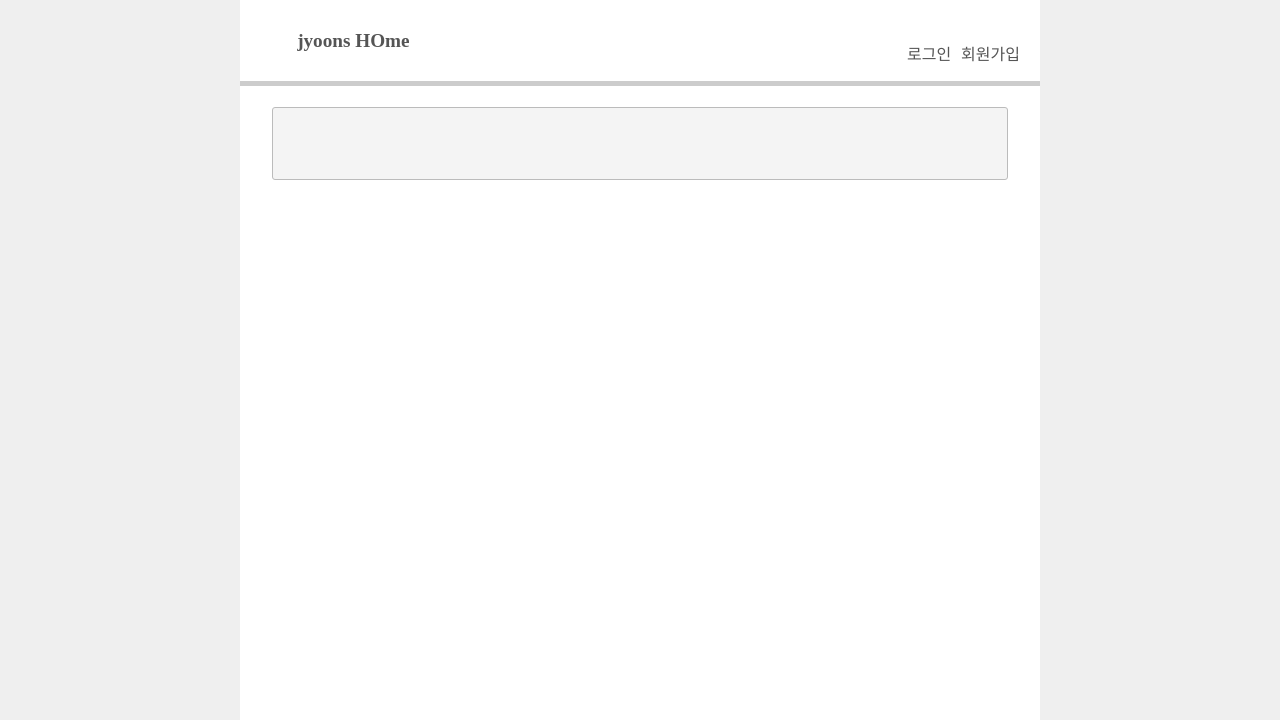
Repository: jyoons00/JSP-sample
Page: http://localhost/jspPro/days03/ex10_finish.jsp
The author's editor kept a copy of each file at every save. The page is drawn from the files as they stood at one save, then again after the next save.
The browser window is 1280 px wide. The pictures show the whole page.
Some web fonts or font styles are not loaded; a fallback is used. The page is served by Tomcat 9. Other server files are loaded and not shown.

Above is the page before, as saved 2024-10-17 08:16:51.

### jspPro/src/main/webapp/days03/ex10_finish.jsp
<%@ page contentType="text/html; charset=UTF-8" pageEncoding="UTF-8"%>
<!DOCTYPE html>
<html>
  <head>
    <meta charset="UTF-8" />
    <title>Insert title here</title>
    <link
      rel="shortcut icon"
      type="image/x-icon"
      href="http://localhost/jspPro/images/SiSt.ico"
    />
    <script src="https://ajax.googleapis.com/ajax/libs/jquery/3.7.1/jquery.min.js"></script>
    <meta name="viewport" content="width=device-width, initial-scale=1.0" />
    <link
      rel="stylesheet"
      href="http://localhost/jspPro/resources/cdn-main/example.css"
    />
    <script src="http://localhost/jspPro/resources/cdn-main/example.js"></script>
    <style>
      span.material-symbols-outlined {
        vertical-align: text-bottom;
      }
    </style>
  </head>
  <body>
    <header>
      <h1 class="main">
        <a href="#" style="position: absolute; top: 30px">jyoons HOme</a>
      </h1>
      <ul>
        <li><a href="#">로그인</a></li>
        <li><a href="#">회원가입</a></li>
      </ul>
    </header>
    <div>
      <xmp class="code">

  	  </xmp>
    </div>

  </body>
</html>

### jspPro/src/main/webapp/resources/cdn-main/example.css
@charset "UTF-8";

@import url('https://fonts.googleapis.com/css2?family=Material+Symbols+Outlined:opsz,wght,FILL,GRAD@20..48,100..700,0..1,-50..200');

@font-face {
    font-family: 'GmarketSansMedium';
    src: url('https://cdn.jsdelivr.net/gh/projectnoonnu/noonfonts_2001@1.1/GmarketSansMedium.woff') format('woff');
    font-weight: normal;
    font-style: normal;
}

:root {
	--text-color: #555;
	--sub-text-color: #777;
	--back-color: #EFEFEF;
	--header-color: #444;
	--primary-color: #DEDEDE;
	--secondary-color: #EFEFEF;
	--default-width: 800px;
	--narrow-width: 500px;
	--wide-width: 1200px;
	--text-font: 'GmarketSansMedium';
	--icon-font: 'Material Symbols Outlined';
	--border-color: #CCC;
}

html, body {
	margin: 0;
	padding: 0;
}

html {
	background-color: var(--back-color);
	display: flex;
	justify-content: center;
	min-height: 100vh;
}

body, body.default {
	width: var(--default-width);
	background-color: white;
	padding-bottom: 120px;
}

body.wide {
	width: var(--wide-width);
}

body.narrow {
	width: var(--narrow-width);
}



body, p, div, span, a, input, select, option, textarea, button, table, th, td, label, fieldset, legend {
	font-family: var(--text-font);
	color: var(--text-color);
}

h1, h2, h3 {
	font-family: var(--text-font);
	color: var(--header-color);
	padding: 0 1rem;
	padding-top: .5rem;
}

div > h1, div > h2, div > h3 {
	padding: 0;
}

body > div, body > main > div {
	padding: 0.3rem 1rem;
}


h1 { font-size: 2rem; border-bottom: 1px solid var(--border-color); }
h1 small { font-size: 1.2rem; color: var(--sub-text-color); }
h2 { font-size: 1.5rem; border-bottom: 1px dashed var(--border-color); }
h2 small { font-size: 1.1rem; color: --sub-text-color; }
h3 { font-size: 1.2rem; }
h3 small { font-size: 1rem; color: --sub-text-color; }



h1.main::before {
	font-family: var(--icon-font);
  	content: '\e666';
  	margin-right: 10px;
  	float: left;
	font-size: 2.5rem;
}

h1.sub::before {
	font-family: var(--icon-font);
  	content: '\ea19';
  	margin-right: 10px;
  	float: left;
	font-size: 2.5rem;
}


h1.page::before {
	font-family: var(--icon-font);
  	content: '\e0e0';
  	margin-right: 10px;
  	float: left;
	font-size: 2.5rem;
}

body > header > ul > li > .active{
	background-color: #FFF;
	color:#F00;
}

body > header {
	display: flex;
	justify-content: space-between;
	border-bottom: 5px solid var(--border-color);
	min-height: 74px;
	background-color: #FFF;
}

body > header.sticky {
	position: sticky;
	top: 0;
	z-index: 98;
}

body > header > h1 {
	font-size: 1.2rem;
	border: 0;
}

body > header.in > h1::before {
	font-family: var(--icon-font);
  	content: '\e332‥';
  	margin-right: 3px;
  	float: left;
	font-size: 2rem;
}


body > header > ul {
	list-style-type: none;
	display: flex;
	align-items: flex-end;
	margin-right: 10px;
}

body > header > ul > li {
	margin-right: 10px;
	cursor: pointer;
}

body > header > ul > li > a {
	cursor: pointer;
}


form {
	display: block;
}

form > div {
	padding: 0.3rem 1rem;
}

div > form > div {
	padding: 0.3rem 0;
}

input, textarea, button, select {
	border: 1px solid #BBB;
	border-radius: 3px;
	outline: none;
	resize: none;
	padding: 7px;
	margin: 0;
}

input[type=text]:read-only, textarea:read-only {
	cursor: not-allowed;
	background-color: #FFF;
}

input[type=text]:disabled, textarea:disabled {
	cursor: not-allowed;
	background-color: #EEE;
}

input[type=text], input[type=password], textarea, button, select {
	/* width: 300px; */
}

textarea {
	display: block;
	height: 100px;
}

input[type=button], input[type=submit], button {
	/* width: inherit; */
}

input.short, textarea.short, button.short, select.short {
	width: 100px;
}

input.long, textarea.long, button.long, select.long {
	width: 350px;
}

.narrow input.long, .narrow textarea.long, .narrow button.long, .narrow select.long {
	width: calc(100% - 20px);
}

input.full, textarea.full, button.full, select.full {
	width: calc(100% - 20px);
}

textarea.short {
	height: 50px;
}

textarea.long {
	height: 100px;
}

textarea.full {
	height: 200px;
}

input, textarea {
	padding-top: 8px;
}

input[type=button], input[type=submit], button {
	padding: 5px 10px;
	background-color: var(--secondary-color);
	cursor: pointer;
	min-height: 36px;
}

input[type=button].primary, input[type=submit].primary, button.primary {
	/* background-color: rgba(100, 149, 237, .2); */
	background-color: var(--primary-color);
}

input[type=button].primary:hover, input[type=submit].primary:hover, button.primary:hover {
	/* background-color: rgba(100, 149, 237, .3); */
	background-color: var(--secondary-color);
}

input[type=button]:hover, input[type=submit]:hover, button:hover {
	background-color: var(--primary-color);
}

button {
	position: relative;
	left: 0;
	top: 0;
	padding-left: 35px;
}

button .material-symbols-outlined {
	position: absolute;
	left: 10px;
	top: 4px;
}

/* k2nik add */
button.login::before {
	font-family: var(--icon-font);
  	content: '\ea77';
	position: absolute;
	left: 11px;
	top: 4px;
	font-size: 1.25rem;
}

/* k2nik logout */
button.logout::before {
	font-family: var(--icon-font);
  	content: '\e9ba';
	position: absolute;
	left: 11px;
	top: 4px;
	font-size: 1.25rem;
}

/* k2nik help */
button.help::before {
	font-family: var(--icon-font);
  	content: '\f1c0';
	position: absolute;
	left: 11px;
	top: 4px;
	font-size: 1.25rem;
}

button.add::before{
	font-family: var(--icon-font);
  	content: '\e746';
	position: absolute;
	left: 11px;
	top: 4px;
	font-size: 1.25rem;
}

button.back::before {
	font-family: var(--icon-font);
  	content: '\e166';
	position: absolute;
	left: 11px;
	top: 4px;
	font-size: 1.25rem;
}

button.list::before {
	font-family: var(--icon-font);
  	content: '\e0ee';
	position: absolute;
	left: 11px;
	top: 4px;
	font-size: 1.25rem;
}


button.del::before {
	font-family: var(--icon-font);
  	content: '\e872';
	position: absolute;
	left: 11px;
	top: 4px;
	font-size: 1.25rem;
}


button.edit::before {
	font-family: var(--icon-font);
  	content: '\e745';
	position: absolute;
	left: 11px;
	top: 4px;
	font-size: 1.25rem;
}


button.login::before {
	font-family: var(--icon-font);
  	content: '\ea77';
	position: absolute;
	left: 11px;
	top: 4px;
	font-size: 1.25rem;
}


button.logout::before {
	font-family: var(--icon-font);
  	content: '\e9ba';
	position: absolute;
	left: 11px;
	top: 4px;
	font-size: 1.25rem;
}


button.in::before {
	font-family: var(--icon-font);
  	content: '\f71a';
	position: absolute;
	left: 11px;
	top: 4px;
	font-size: 1.25rem;
}


button.out::before {
	font-family: var(--icon-font);
  	content: '\f70e';
	position: absolute;
	left: 11px;
	top: 4px;
	font-size: 1.25rem;
}


button.reply::before {
	font-family: var(--icon-font);
  	content: '\e15e';
	position: absolute;
	left: 11px;
	top: 4px;
	font-size: 1.25rem;
}


button.comment::before {
	font-family: var(--icon-font);
  	content: '\e0b9';
	position: absolute;
	left: 11px;
	top: 4px;
	font-size: 1.25rem;
}


button.modal::before {
	font-family: var(--icon-font);
  	content: '\e89e';
	position: absolute;
	left: 11px;
	top: 4px;
	font-size: 1.25rem;
}


button.ok::before {
	font-family: var(--icon-font);
  	content: '\e86c';
	position: absolute;
	left: 11px;
	top: 4px;
	font-size: 1.25rem;
}


button.cancel::before {
	font-family: var(--icon-font);
  	content: '\e5c9';
	position: absolute;
	left: 11px;
	top: 4px;
	font-size: 1.25rem;
}

button.search::before {
	font-family: var(--icon-font);
  	content: '\e8b6';
	position: absolute;
	left: 11px;
	top: 4px;
	font-size: 1.25rem;
}

button.home::before {
	font-family: var(--icon-font);
  	content: '\e88a';
	position: absolute;
	left: 11px;
	top: 4px;
	font-size: 1.25rem;
}


button.sidebar::before {
	font-family: var(--icon-font);
  	content: '\f7e4';
	position: absolute;
	left: 11px;
	top: 4px;
	font-size: 1.25rem;
}


button.sidebar-right::before {
	font-family: var(--icon-font);
  	content: '\f7e5';
	position: absolute;
	left: 11px;
	top: 4px;
	font-size: 1.25rem;
}




button::before {
	font-family: var(--icon-font);
  	content: '\e323';
	position: absolute;
	left: 11px;
	top: 4px;
	font-size: 1.25rem;
}


table {
	border-collapse: collapse;
	margin: 1rem;
	box-sizing: border-box;
	width: calc(100% - 32px);
}

table.content {
	width: auto;
}

div > table {
	margin: 0;
}

table th, table td {
	border: 1px solid var(--border-color);
	padding: 7px;
	font-weight: normal;
}

table th {
	background-color: var(--back-color);
}

table.vertical th {
	width: 150px;
}

table.vertical td {
	width: calc(100% - 182px);
	padding-left: 10px;
}

table.content td, table.content th {
	width: auto;
}

body.narrow table.vertical th {
	width: 100px;
}

body.narrow table.vertical td {
	width: calc(100% - 182px);
}


table + table {
	margin-top: 30px;
}


p {
	padding: 0 1rem;
}

a {
	text-decoration: none;
}

a:hover {
	color: rgba(255, 99, 71, .7);
}

hr {
	border: 0;
	border-top: 1px solid var(--border-color);
	margin: 2rem 0;
}

.message {
	border: 1px solid var(--border-color);
	background-color: #EFEFEF;
	margin: 1rem;
	width: auto;
	padding-top: 10px;
	padding-bottom: 10px;
	font-size: 14px;
}

.message[title]::before {
	content: attr(title);
	display: block;
	border-bottom: 1px solid var(--border-color);
	padding-bottom: 5px;
	margin-bottom: 10px;
	margin-top: 7px;
}

.message.short {
	max-width: 250px;
}

.message.long {
	max-width: 500px;
}

.badge {
	float: right;
	font-size: .8rem;
	margin-top: 2px;
	margin-right: 2px;
	text-shadow: 0 0 7px gray;
}

.badge.left {
	float: none;
	margin-left: 2px;
}

.badge.right {
	float: right;
}

.badge.red {
	border-radius: 50%;
	padding: 2px 5px;
	background-color: rgb(255, 99, 71, .3);
}

.badge.yellow {

	border-radius: 50%;
	padding: 2px 5px;
	background-color: rgb(255, 215, 0, .5);
}

.badge.blue {
	border-radius: 50%;
	padding: 2px 5px;
	background-color: rgb(100, 149, 237, .3);
}

label + label {
	margin-left: 7px;
}

label input[type=checkbox], label input[type=radio] {
	transform: translate(0, 1px);
}

.group {
	display: flex;
}

.modal-content .group {
	margin-bottom: .5rem;
}

.group label {
	border: 1px solid #BBB;
	border-radius: 3px;
	outline: none;
	resize: none;
	padding: 7px 14px;
	margin: 0;
	border-top-right-radius: 0;
	border-bottom-right-radius: 0;
	background-color: #EFEFEF;
	white-space: nowrap;
	font-size: 14px;
}

.group input[type=text] {
	margin-left: -1px;
	border-top-left-radius: 0;
	border-bottom-left-radius: 0;
}

.group select {
	margin-left: -1px;
	border-top-left-radius: 0;
	border-bottom-left-radius: 0;
}

.group input.full[type=text] {
	margin-left: -1px;
	border-top-left-radius: 0;
	border-bottom-left-radius: 0;
	width: 100%;
}

.group input[type=button]:first-child, .group button:first-child {
	border-top-left-radius: 3px;
	border-bottom-left-radius: 3px;
	margin-left: 0px;
}

.group input[type=button], .group button {
	border-radius: 0;
	margin-left: -1px;
}

.group input[type=button]:last-child, .group button:last-child {
	margin-left: -1px;
	border-top-right-radius: 3px;
	border-bottom-right-radius: 3px;
}

.seperate {
	display: flex;
	justify-content: space-between;
}

div.list {
	width: max-content;
	margin: 1rem;
	border: 1px solid #BBB;
	border-radius: 3px;
	padding: 0;
}

div.list.full {
	width: auto;
	display: block;
	margin: 1rem;
	border: 1px solid #BBB;
	border-radius: 3px;
	padding: 0;
}

div.list > div {
	padding: .5rem 1rem;
	margin: 0;
	border-bottom: 1px solid #BBB;
}

div.list > div:last-child {
	border-bottom: 0;
}

pre.code , xmp.code{
	font-family: consols;
	background-color: rgba(150, 150, 150, .1);
	border: 1px solid #BBB;
	border-radius: 3px;
	padding: .5rem 1rem;
	padding-bottom: .6rem;
	margin: 1rem;
}




*[data-modal-window] {
	position: fixed;
	background-color: rgba(0, 0, 0, .3);
	left: 0;
	top: 0;
	display: none;
	justify-content: center;
	align-items: flex-start;
	width: 100%;
	min-height: 100vh;
	z-index: 100;
	opacity: 0;
	transition: 500ms all;
}

*[data-modal-window] .modal-container {
	border-radius: 5px;
	padding: 1rem;
	padding-bottom: .5rem;
	margin-top: -500px;
	opacity: 0;
	width: 500px;
	background-color: #FFF;
	margin-right: 2rem;
	transition: 500ms all;
}

*[data-modal-size=content] .modal-container {
	width: auto;
}

*[data-modal-size=narrow] .modal-container {
	width: 300px;
}

*[data-modal-size=wide] .modal-container {
	width: 760px;
}


*[data-modal-window] .modal-header {
	border-bottom: 1px solid var(--border-color);
	padding: 2px 5px;
}

*[data-modal-window] .modal-content {
	padding: 1rem 5px;
}

*[data-modal-window] .modal-content div:last-child {
	margin-top: 1rem;
	text-align: right;
}



*[data-sidebar-window] {
	position: fixed;
	background-color: #FFF;
	left: 0;
	top: 0;
	display: block;
	width: 300px;
	border-right: 1px solid var(--border-color);
	box-sizing: border-box;
	box-shadow: 0 0 3px var(--back-color);
	min-height: 100vh;
	z-index: 99;
	transform: translate(-300px, 0);
	transition-duration: 500ms;
	transition-property: transform;
}

*[data-sidebar-direction=right] {
	left: auto;
	right: 0;
	transform: translate(300px, 0);
	border-left: 1px solid var(--border-color);
}

*[data-sidebar-size=wide] {
	width: 500px;
	transform: translate(-500px, 0);
}

*[data-sidebar-window] .sidebar-title {
	border-bottom: 1px solid var(--border-color);
	margin-top: 20px;
	margin-bottom: 20px;
	padding-bottom: 5px;
	display: flex;
	justify-content: space-between;
}

*[data-sidebar-window] .sidebar-title span:last-child {
	cursor: pointer;
}


/* K2Nik pagination */
.center {
  text-align: center;
}

.pagination {
  display: inline-block;
}

.pagination a {
  color: black;
  float: left;
  padding: 3px 6px;
  text-decoration: none;
  transition: background-color .3s;
  border: 1px solid #ddd;
  margin: 0 3px;
}

.pagination a.active {
  background-color: #4CAF50;
  color: white;
  border: 1px solid #4CAF50;
}

.pagination a:hover:not(.active) {background-color: #ddd;}

### jspPro/src/main/webapp/resources/cdn-main/example.js

window.onload = () => {

    const list = document.querySelectorAll('input, textarea');

    list.forEach(item => {
        item.setAttribute('autocomplete', 'off');
    });


    const modal_btn_list = document.querySelectorAll('*[data-modal-button]');

    modal_btn_list.forEach(item => {
        item.onclick = function() {

            const name = this.dataset['modalButton'];
            const modal_window = document.querySelector('*[data-modal-window=' + name);

            const container = document.createElement('div');
            container.className = 'modal-container';



            const modal_header = document.createElement('div');
            modal_header.textContent = modal_window.dataset['modalTitle'];
            modal_header.className = 'modal-header';
            container.appendChild(modal_header);

            const modal_content = document.createElement('div');
            modal_content.className = 'modal-content';
            container.appendChild(modal_content);

            Array.from(modal_window.childNodes).forEach(item => {
                modal_content.appendChild(item);
            });

            modal_window.appendChild(container);

            modal_window.style.display = 'flex';

            setTimeout(() => {
                modal_window.style.opacity = 1;
                container.style.marginTop = '20px';
                container.style.opacity = 1;
            }, 50);


            const modal_ok = document.querySelector('*[data-modal-ok=' + name);
            modal_ok.addEventListener('click', function() {
                modal_window.style.opacity = 0;
                container.style.marginTop = '-500px';
                container.style.opacity = 0;

                setTimeout(() => {
                    modal_window.innerHTML = modal_content.innerHTML;
                    modal_window.style.display = 'none';
                }, 500);

            });

            const modal_cancel = document.querySelector('*[data-modal-cancel=' + name);
            modal_cancel.addEventListener('click', function() {

                modal_window.style.opacity = 0;
                container.style.marginTop = '-500px';
                container.style.opacity = 0;

                setTimeout(() => {
                    modal_window.innerHTML = modal_content.innerHTML;
                    modal_window.style.display = 'none';
                }, 500);
            });


        };
    });


    const sidebar_btn_list = document.querySelectorAll('*[data-sidebar-button]');

    sidebar_btn_list.forEach(item => {
        item.onclick = function() {



            const name = this.dataset['sidebarButton'];
            const sidebar_window = document.querySelector('*[data-sidebar-window=' + name);

            if (sidebar_window.style.transform == 'translate(0px, 0px)') return;



            sidebar_window.style.transform = 'translate(0, 0)';

            const sidebar_title = document.createElement('div');
            sidebar_title.className = 'sidebar-title';
            sidebar_title.innerHTML = '<span>' + sidebar_window.dataset['sidebarTitle'] + '</span><span class="material-symbols-outlined">close</span>';

            sidebar_title.children[1].onclick = function() {

                let sign = 1;
                let distance = 300;

                if (sidebar_window.dataset['sidebarDirection'] != 'right') {
                    sign = -1;
                } else {
                    sign = 1;
                }

                if (sidebar_window.dataset['sidebarSize'] != 'wide') {
                    distance = 300;
                } else {
                    distance = 500;
                }

                distance *= sign;

                sidebar_window.style.transform = 'translate(' + distance + 'px, 0)';

                setTimeout(function() {
                    sidebar_window.removeChild(sidebar_window.children[0]);
                }, 500);
            };


            sidebar_window.prepend(sidebar_title);

        }
    });

};

// window.onkeydown = function(event) {

//     if (event.keyCode == 27) {
//         if (document.querySelector('[data-modal-window').style.display == 'flex') {
//             document.querySelector('[data-modal-window').style.display = 'none';
//         }
//     }

// };

After the next save:
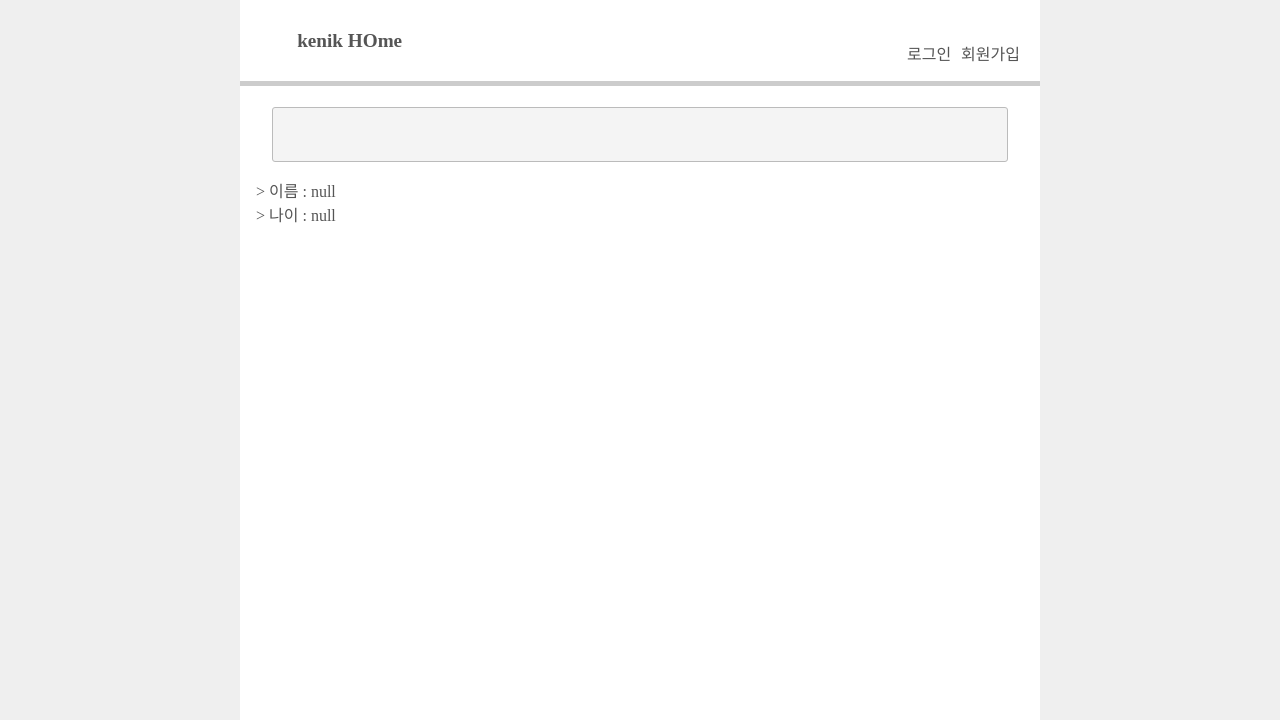
Saved 74 s later.
--- a/jspPro/src/main/webapp/days03/ex10_finish.jsp
+++ b/jspPro/src/main/webapp/days03/ex10_finish.jsp
@@ -1,42 +1,40 @@
 <%@ page contentType="text/html; charset=UTF-8" pageEncoding="UTF-8"%>
 <!DOCTYPE html>
 <html>
-  <head>
-    <meta charset="UTF-8" />
-    <title>Insert title here</title>
-    <link
-      rel="shortcut icon"
-      type="image/x-icon"
-      href="http://localhost/jspPro/images/SiSt.ico"
-    />
-    <script src="https://ajax.googleapis.com/ajax/libs/jquery/3.7.1/jquery.min.js"></script>
-    <meta name="viewport" content="width=device-width, initial-scale=1.0" />
-    <link
-      rel="stylesheet"
-      href="http://localhost/jspPro/resources/cdn-main/example.css"
-    />
-    <script src="http://localhost/jspPro/resources/cdn-main/example.js"></script>
-    <style>
-      span.material-symbols-outlined {
-        vertical-align: text-bottom;
-      }
-    </style>
-  </head>
-  <body>
-    <header>
-      <h1 class="main">
-        <a href="#" style="position: absolute; top: 30px">jyoons HOme</a>
-      </h1>
-      <ul>
-        <li><a href="#">로그인</a></li>
-        <li><a href="#">회원가입</a></li>
-      </ul>
-    </header>
-    <div>
-      <xmp class="code">
+<head>
+<meta charset="UTF-8">
+<title>Insert title here</title>
+<link rel="shortcut icon" type="image/x-icon" href="http://localhost/jspPro/images/SiSt.ico">
+<script src="https://ajax.googleapis.com/ajax/libs/jquery/3.7.1/jquery.min.js"></script>
+<meta name="viewport" content="width=device-width, initial-scale=1.0">
+<link rel="stylesheet" href="http://localhost/jspPro/resources/cdn-main/example.css">
+<script src="http://localhost/jspPro/resources/cdn-main/example.js"></script>
+<style>
+ span.material-symbols-outlined{
+    vertical-align: text-bottom;
+ }
+</style>
+</head>
+<body>
+<header>
+  <h1 class="main"><a href="#" style="position: absolute;top:30px;">kenik HOme</a></h1>
+  <ul>
+    <li><a href="#">로그인</a></li>
+    <li><a href="#">회원가입</a></li>
+  </ul>
+</header>
+<div>
+  <xmp class="code">
+  </xmp>
 
-  	  </xmp>
-    </div>
+  <%
+    String name = request.getParameter("name");
+    String age = request.getParameter("age");
+  %>
 
-  </body>
+  > 이름 : <%= name %><br>
+  > 나이 : <%= age %><br>
+
+</div>
+</body>
 </html>
